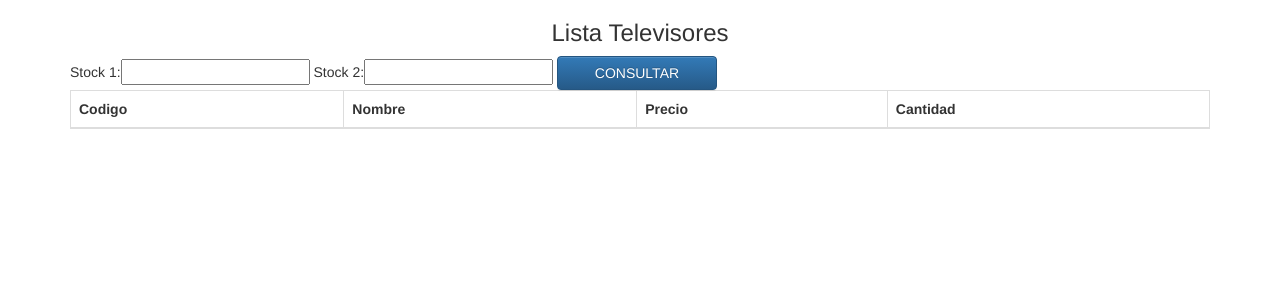
Repository: carlosvl16/T6BN_DSWII_ExamenFinal_Vasquez_Leyva_Carlos
Page: http://localhost/WS_REST_Cliente_Struts_Modelo_FIN/consulta.jsp
An editor plug-in stored every save of this project. The page is shown before and after the next save, followed by the edit.
The browser window is 1280 px wide. The pictures show the whole page.
The page is served by Tomcat 9.

Above is the page before, as saved 2020-06-23 03:05:30.

After the next save:
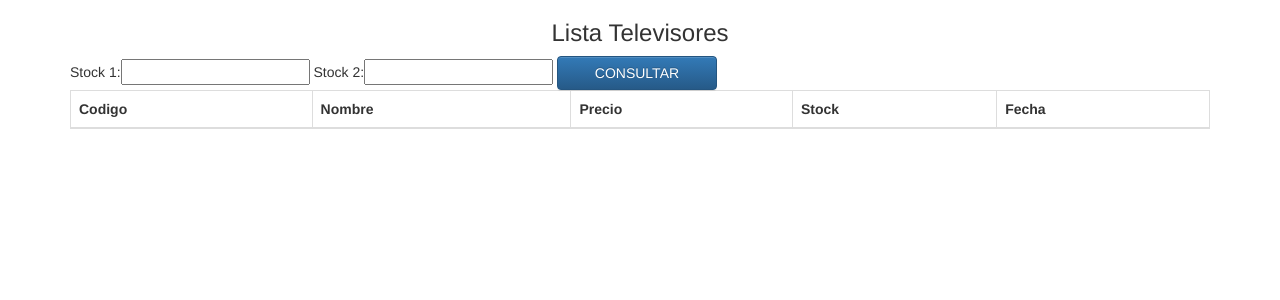
Saved 11 s later.
--- a/WS_REST_Cliente_Struts_Modelo_FIN/WebContent/consulta.jsp
+++ b/WS_REST_Cliente_Struts_Modelo_FIN/WebContent/consulta.jsp
@@ -59,7 +59,8 @@
 															<th>Codigo</th>
 															<th>Nombre</th>
 															<th>Precio</th>
-															<th>Cantidad</th>
+															<th>Stock</th>
+															<th>Fecha</th>
 														</tr>
 												</thead>
 												<tbody>
